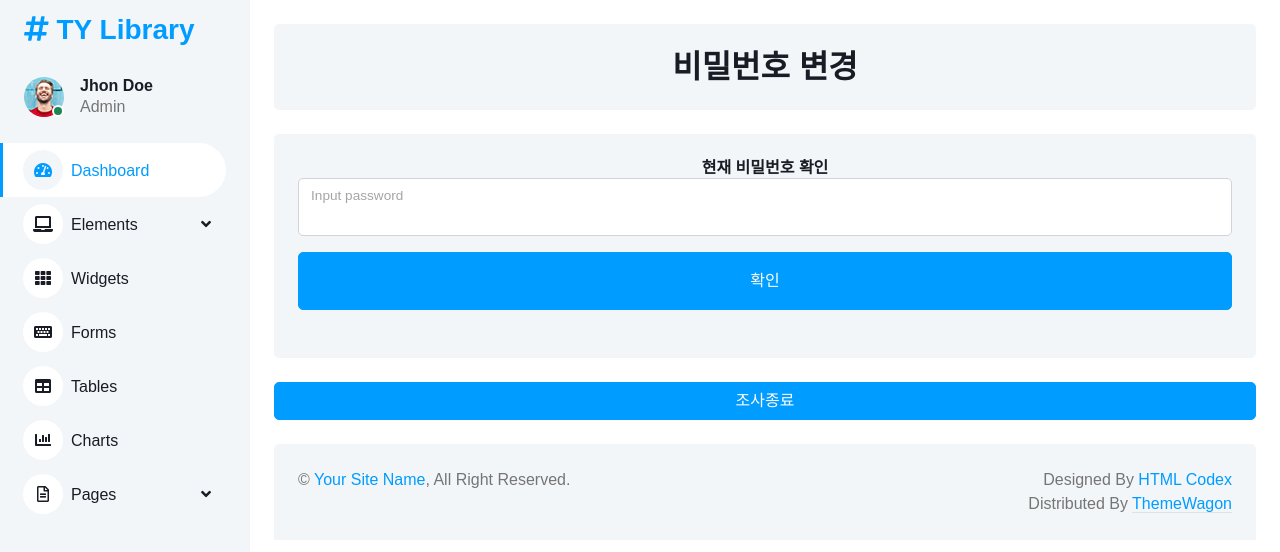
Repository: maryong2/myfirstgitproject
Page: http://localhost/library/WEB-INF/views/admin/user-passreset.jsp
The author's editor kept a copy of each file at every save. The page is drawn from the files as they stood at one save, then again after the next save.
The browser window is 1280 px wide. The pictures show the whole page.
Some web fonts or font styles are not loaded; a fallback is used. Some web libraries are served in a nearby version. The page is served by Tomcat 9. Nobody is signed in. Other server files are loaded and not shown. The template is opened directly, without the code that normally fills it, so the values that code supplies are empty.

Above is the page before, as saved 2023-11-27 05:01:16.
Console error: SyntaxError: Unexpected token '=='

### library/src/main/webapp/WEB-INF/views/admin/user-passreset.jsp
<%@ page language="java" contentType="text/html; charset=UTF-8"
	pageEncoding="UTF-8"%>
<%@ taglib prefix="c" uri="http://java.sun.com/jsp/jstl/core"%>
<!DOCTYPE html>
<html lang="en">

<head>
<meta charset="utf-8">
<title>DASHMIN - Bootstrap Admin Template</title>
<meta content="width=device-width, initial-scale=1.0" name="viewport">
<meta content="" name="keywords">
<meta content="" name="description">

<!-- Favicon -->
<link href="img/favicon.ico" rel="icon">

<!-- Google Web Fonts -->
<link rel="preconnect" href="https://fonts.googleapis.com">
<link rel="preconnect" href="https://fonts.gstatic.com" crossorigin>
<link
	href="https://fonts.googleapis.com/css2?family=Heebo:wght@400;500;600;700&display=swap"
	rel="stylesheet">

<!-- Icon Font Stylesheet -->
<link
	href="https://cdnjs.cloudflare.com/ajax/libs/font-awesome/5.10.0/css/all.min.css"
	rel="stylesheet">
<link
	href="https://cdn.jsdelivr.net/npm/bootstrap-icons@1.4.1/font/bootstrap-icons.css"
	rel="stylesheet">

<!-- Libraries Stylesheet -->
<link href="/lib/owlcarousel/assets/owl.carousel.min.css"
	rel="stylesheet">
<link href="/lib/tempusdominus/css/tempusdominus-bootstrap-4.min.css"
	rel="stylesheet" />

<!-- Customized Bootstrap Stylesheet -->
<link href="/css/bootstrap.min.css" rel="stylesheet">

<!-- Template Stylesheet -->
<link href="/css/style.css" rel="stylesheet">
</head>

<body>
	<div class="container-xxl position-relative bg-white d-flex p-0">
		<!-- Spinner Start -->
		<div id="spinner"
			class="show bg-white position-fixed translate-middle w-100 vh-100 top-50 start-50 d-flex align-items-center justify-content-center">
			<div class="spinner-border text-primary"
				style="width: 3rem; height: 3rem;" role="status">
				<span class="sr-only">Loading...</span>
			</div>
		</div>
		<!-- Spinner End -->


		<!-- Sidebar Start -->
		<div class="sidebar pe-4 pb-3">
			<nav class="navbar bg-light navbar-light">
				<a href="/tylibrary/admin" class="navbar-brand mx-4 mb-3">
					<h3 class="text-primary">
						<i class="fa fa-hashtag me-2"></i>TY Library
					</h3>
				</a>
				<div class="d-flex align-items-center ms-4 mb-4">
					<div class="position-relative">
						<img class="rounded-circle" src="/img/user.jpg" alt=""
							style="width: 40px; height: 40px;">
						<div
							class="bg-success rounded-circle border border-2 border-white position-absolute end-0 bottom-0 p-1"></div>
					</div>
					<div class="ms-3">
						<h6 class="mb-0">Jhon Doe</h6>
						<span>Admin</span>
					</div>
				</div>
				<div class="navbar-nav w-100">
					<a href="/tylibrary/admin" class="nav-item nav-link active"><i
						class="fa fa-tachometer-alt me-2"></i>Dashboard</a>
					<div class="nav-item dropdown">
						<a href="#" class="nav-link dropdown-toggle"
							data-bs-toggle="dropdown"><i class="fa fa-laptop me-2"></i>Elements</a>
						<div class="dropdown-menu bg-transparent border-0">
							<a href="button.html" class="dropdown-item">Buttons</a> <a
								href="typography.html" class="dropdown-item">Typography</a> <a
								href="element.html" class="dropdown-item">Other Elements</a>
						</div>
					</div>
					<a href="widget.html" class="nav-item nav-link"><i
						class="fa fa-th me-2"></i>Widgets</a> <a href="form.html"
						class="nav-item nav-link"><i class="fa fa-keyboard me-2"></i>Forms</a>
					<a href="table.html" class="nav-item nav-link"><i
						class="fa fa-table me-2"></i>Tables</a> <a href="chart.html"
						class="nav-item nav-link"><i class="fa fa-chart-bar me-2"></i>Charts</a>
					<div class="nav-item dropdown">
						<a href="#" class="nav-link dropdown-toggle"
							data-bs-toggle="dropdown"><i class="far fa-file-alt me-2"></i>Pages</a>
						<div class="dropdown-menu bg-transparent border-0">
							<a href="signin.html" class="dropdown-item">Sign In</a> <a
								href="signup.html" class="dropdown-item">Sign Up</a> <a
								href="404.html" class="dropdown-item">404 Error</a> <a
								href="blank.html" class="dropdown-item">Blank Page</a>
						</div>
					</div>
				</div>
			</nav>
		</div>
		<!-- Sidebar End -->


		<!-- Content Start -->
		<div class="content">
			<!-- Navbar Start -->
			<nav
				class="navbar navbar-expand bg-light navbar-light sticky-top px-4 py-0">
				<a href="/tylibrary/admin"
					class="navbar-brand d-flex d-lg-none me-4">
					<h2 class="text-primary mb-0">TY Library</h2>
				</a>
			</nav>
			<!-- Navbar End -->


			<!-- Sale & Revenue Start -->
			<div class="container-fluid pt-4 px-4">
				<div class="row g-4">
					<div class="col-sm-12 col-xl-12">
						<div class="bg-light rounded d-md-flex align-items-center p-4">
							<div style="margin: auto">
								<h2 class="mb-0 text-center"
									style="item-align: center !important;">비밀번호 변경</h2>
							</div>
						</div>
					</div>
				</div>
			</div>
			<!-- Sale & Revenue End -->


			<!-- Sales Chart Start -->
			<div class="container-fluid pt-4 px-4">
				<div class="row g-4">



					<!-- Sales Chart End -->
					<div class="col-12">
						<div class="bg-light text-center rounded p-4">
							<h6 class="mb-0">현재 비밀번호 확인</h6>
							<div class="table-responsive">
								<div class="form-floating mb-3">
									<input type="text" class="form-control" id="e_id" name="e_id">
									<label for="e_id">Input password</label><span
										id="result_checkID" style="font-size: 12px"></span>
								</div>
								<button type="submit" class="btn btn-primary py-3 w-100 mb-4"
									id="login_btn">확인</button>
							</div>
						</div>
					</div>


					<div class="col-sm-12 col-xl-12" id="stock-finish">
						<form action="stock-count" method="post">
							<input type="text" name="stock" value="finish"
								style="display: none" /> <input type="text" name="state"
								value="1" style="display: none" /><input type="submit"
								id="stock-select" class="btn btn-primary m-2 w-100" value="조사종료"
								style="margin: 0 !important;" />
						</form>
					</div>
				</div>
			</div>
			<!-- Footer Start -->

			<div class="container-fluid pt-4 px-4">
				<div class="bg-light rounded-top p-4">
					<div class="row">
						<div class="col-12 col-sm-6 text-center text-sm-start">
							&copy; <a href="#">Your Site Name</a>, All Right Reserved.
						</div>
						<div class="col-12 col-sm-6 text-center text-sm-end">
							<!--/*** This template is free as long as you keep the footer author’s credit link/attribution link/backlink. If you'd like to use the template without the footer author’s credit link/attribution link/backlink, you can purchase the Credit Removal License from "https://htmlcodex.com/credit-removal". Thank you for your support. ***/-->
							Designed By <a href="https://htmlcodex.com">HTML Codex</a> </br>
							Distributed By <a class="border-bottom"
								href="https://themewagon.com" target="_blank">ThemeWagon</a>
						</div>
					</div>
				</div>
			</div>
			<!-- Footer End -->
		</div>
		<!-- Content End -->


		<!-- Back to Top -->
	</div>
	<script type="text/javascript">
	let stockScan = document.getElementById("stock-select");
	let stockFinish = document.getElementById("stock-finish");
	let state = ${state} == null ? null : ${state};
	if(!state){
		alert("잘못된 접근 입니다.");
		console.log(state);
		window.history.back();
	}

	function determine(){
		$.ajax({
            url: "/tylibrary/check-state",
            type: "POST",
            success: function (data) {
           	 if (data<=2){
           		let result = confirm("정말로 조사를 시작하시겠습니까?");
           	    if (result) {
           	      stockScan.form.submit();
           	    } else{
           	      alert("취소되었습니다.");
           	    }
           	 }else if(data==3) {
           		 stockScan.form.submit();
             }
           	},
            error: function () {
           	 alert("오류@@발생")
            }
        });
	}

	if(state <= 2){
		stockScan.value = "조사시작";
			stockFinish.style.display="none";

	}else if(state == 3){
		stockScan.value = "스캔하기"
			stockFinish.style.display="block";
	}
	</script>

	<!-- JavaScript Libraries -->
	<script src="https://code.jquery.com/jquery-3.4.1.min.js"></script>
	<script
		src="https://cdn.jsdelivr.net/npm/bootstrap@5.0.0/dist/js/bootstrap.bundle.min.js"></script>
	<script src="/lib/chart/chart.min.js"></script>
	<script src="/lib/easing/easing.min.js"></script>
	<script src="/lib/waypoints/waypoints.min.js"></script>
	<script src="/lib/owlcarousel/owl.carousel.min.js"></script>
	<script src="/lib/tempusdominus/js/moment.min.js"></script>
	<script src="/lib/tempusdominus/js/moment-timezone.min.js"></script>
	<script src="/lib/tempusdominus/js/tempusdominus-bootstrap-4.min.js"></script>

	<!-- Template Javascript -->
	<script src="/js/main.js"></script>
</body>

</html>

### library/src/main/resources/static/css/style.css
/********** Template CSS **********/
:root {
    --primary: #009CFF;
    --light: #F3F6F9;
    --dark: #191C24;
}

.back-to-top {
    position: fixed;
    display: none;
    right: 45px;
    bottom: 45px;
    z-index: 99;
}


/*** Spinner ***/
#spinner {
    opacity: 0;
    visibility: hidden;
    transition: opacity .5s ease-out, visibility 0s linear .5s;
    z-index: 99999;
}

#spinner.show {
    transition: opacity .5s ease-out, visibility 0s linear 0s;
    visibility: visible;
    opacity: 1;
}


/*** Button ***/
.btn {
    transition: .5s;
}

.btn.btn-primary {
    color: #FFFFFF;
}

.btn-square {
    width: 38px;
    height: 38px;
}

.btn-sm-square {
    width: 32px;
    height: 32px;
}

.btn-lg-square {
    width: 48px;
    height: 48px;
}

.btn-square,
.btn-sm-square,
.btn-lg-square {
    padding: 0;
    display: inline-flex;
    align-items: center;
    justify-content: center;
    font-weight: normal;
    border-radius: 50px;
}


/*** Layout ***/
.sidebar {
    position: fixed;
    top: 0;
    left: 0;
    bottom: 0;
    width: 250px;
    height: 100vh;
    overflow-y: auto;
    background: var(--light);
    transition: 0.5s;
    z-index: 999;
}

.content {
    margin-left: 250px;
    min-height: 100vh;
    background: #FFFFFF;
    transition: 0.5s;
}

@media (min-width: 992px) {
    .sidebar {
        margin-left: 0;
    }

    .sidebar.open {
        margin-left: -250px;
    }

    .content {
        width: calc(100% - 250px);
    }

    .content.open {
        width: 100%;
        margin-left: 0;
    }
}

@media (max-width: 991.98px) {
    .sidebar {
        margin-left: -250px;
    }

    .sidebar.open {
        margin-left: 0;
    }

    .content {
        width: 100%;
        margin-left: 0;
    }
}


/*** Navbar ***/
.sidebar .navbar .navbar-nav .nav-link {
    padding: 7px 20px;
    color: var(--dark);
    font-weight: 500;
    border-left: 3px solid var(--light);
    border-radius: 0 30px 30px 0;
    outline: none;
}

.sidebar .navbar .navbar-nav .nav-link:hover,
.sidebar .navbar .navbar-nav .nav-link.active {
    color: var(--primary);
    background: #FFFFFF;
    border-color: var(--primary);
}

.sidebar .navbar .navbar-nav .nav-link i {
    width: 40px;
    height: 40px;
    display: inline-flex;
    align-items: center;
    justify-content: center;
    background: #FFFFFF;
    border-radius: 40px;
}

.sidebar .navbar .navbar-nav .nav-link:hover i,
.sidebar .navbar .navbar-nav .nav-link.active i {
    background: var(--light);
}

.sidebar .navbar .dropdown-toggle::after {
    position: absolute;
    top: 15px;
    right: 15px;
    border: none;
    content: "\f107";
    font-family: "Font Awesome 5 Free";
    font-weight: 900;
    transition: .5s;
}

.sidebar .navbar .dropdown-toggle[aria-expanded=true]::after {
    transform: rotate(-180deg);
}

.sidebar .navbar .dropdown-item {
    padding-left: 25px;
    border-radius: 0 30px 30px 0;
}

.content .navbar .navbar-nav .nav-link {
    margin-left: 25px;
    padding: 12px 0;
    color: var(--dark);
    outline: none;
}

.content .navbar .navbar-nav .nav-link:hover,
.content .navbar .navbar-nav .nav-link.active {
    color: var(--primary);
}

.content .navbar .sidebar-toggler,
.content .navbar .navbar-nav .nav-link i {
    width: 40px;
    height: 40px;
    display: inline-flex;
    align-items: center;
    justify-content: center;
    background: #FFFFFF;
    border-radius: 40px;
}

.content .navbar .dropdown-toggle::after {
    margin-left: 6px;
    vertical-align: middle;
    border: none;
    content: "\f107";
    font-family: "Font Awesome 5 Free";
    font-weight: 900;
    transition: .5s;
}

.content .navbar .dropdown-toggle[aria-expanded=true]::after {
    transform: rotate(-180deg);
}

@media (max-width: 575.98px) {
    .content .navbar .navbar-nav .nav-link {
        margin-left: 15px;
    }
}


/*** Date Picker ***/
.bootstrap-datetimepicker-widget.bottom {
    top: auto !important;
}

.bootstrap-datetimepicker-widget .table * {
    border-bottom-width: 0px;
}

.bootstrap-datetimepicker-widget .table th {
    font-weight: 500;
}

.bootstrap-datetimepicker-widget.dropdown-menu {
    padding: 10px;
    border-radius: 2px;
}

.bootstrap-datetimepicker-widget table td.active,
.bootstrap-datetimepicker-widget table td.active:hover {
    background: var(--primary);
}

.bootstrap-datetimepicker-widget table td.today::before {
    border-bottom-color: var(--primary);
}


/*** Testimonial ***/
.progress .progress-bar {
    width: 0px;
    transition: 2s;
}


/*** Testimonial ***/
.testimonial-carousel .owl-dots {
    margin-top: 24px;
    display: flex;
    align-items: flex-end;
    justify-content: center;
}

.testimonial-carousel .owl-dot {
    position: relative;
    display: inline-block;
    margin: 0 5px;
    width: 15px;
    height: 15px;
    border: 5px solid var(--primary);
    border-radius: 15px;
    transition: .5s;
}

.testimonial-carousel .owl-dot.active {
    background: var(--dark);
    border-color: var(--primary);
}

### library/src/main/resources/static/js/main.js
(function ($) {
    "use strict";

    // Spinner
    var spinner = function () {
        setTimeout(function () {
            if ($('#spinner').length > 0) {
                $('#spinner').removeClass('show');
            }
        }, 1);
    };
    spinner();


    // Back to top button
    $(window).scroll(function () {
        if ($(this).scrollTop() > 300) {
            $('.back-to-top').fadeIn('slow');
        } else {
            $('.back-to-top').fadeOut('slow');
        }
    });
    $('.back-to-top').click(function () {
        $('html, body').animate({scrollTop: 0}, 1500, 'easeInOutExpo');
        return false;
    });


    // Sidebar Toggler
    $('.sidebar-toggler').click(function () {
        $('.sidebar, .content').toggleClass("open");
        return false;
    });


    // Progress Bar
    $('.pg-bar').waypoint(function () {
        $('.progress .progress-bar').each(function () {
            $(this).css("width", $(this).attr("aria-valuenow") + '%');
        });
    }, {offset: '80%'});


	function getWeekendDates(startDate, endDate) {
		var weekendDates = [];

		while (startDate <= endDate) {
			if (startDate.getDay() === 0 || startDate.getDay() === 6) {
				// 주말인 경우 날짜를 원하는 형식(예: 'YYYY/MM/DD')으로 포맷팅
				var formattedDate = startDate.getFullYear() + '/' + (startDate.getMonth() + 1) + '/' + startDate.getDate();
				weekendDates.push(formattedDate);
			}
			startDate.setDate(startDate.getDate() + 1);
		}

		return weekendDates;
	}

	function convertDay(toDay, weeks) {
		let after = new Date(toDay.getTime() + 7 * weeks * 24 * 60 * 60 * 1000);
		let year = after.getFullYear();
		let month = after.getMonth() + 1;
		let day = after.getDate();
		let ret = year + "/" + (month < 10 ? "0" : "") + month + "/" + day;
		return ret;
	}





	let toDay = new Date();
	let minday = convertDay(toDay, 2)
	var maxday = convertDay(toDay, 4);
	var weekendDatesArray = getWeekendDates(toDay, new Date(toDay.getTime() + 7 * 4 * 24 * 60 * 60 * 1000));
    // Calender
    $('#calender').datetimepicker({
        inline: true,
		format: 'Y-m-d',
		minDate: minday,
		defaultDate: minday,
		maxDate: maxday,
		locale: moment.locale("ko"),
		disabledDates: weekendDatesArray,
    });


    // Testimonials carousel
    $(".testimonial-carousel").owlCarousel({
        autoplay: true,
        smartSpeed: 1000,
        items: 1,
        dots: true,
        loop: true,
        nav : false
    });


    // Worldwide Sales Chart
    var ctx1 = $("#worldwide-sales").get(0).getContext("2d");
    var myChart1 = new Chart(ctx1, {
        type: "bar",
        data: {
            labels: ["2016", "2017", "2018", "2019", "2020", "2021", "2022"],
            datasets: [{
                    label: "USA",
                    data: [15, 30, 55, 65, 60, 80, 95],
                    backgroundColor: "rgba(0, 156, 255, .7)"
                },
                {
                    label: "UK",
                    data: [8, 35, 40, 60, 70, 55, 75],
                    backgroundColor: "rgba(0, 156, 255, .5)"
                },
                {
                    label: "AU",
                    data: [12, 25, 45, 55, 65, 70, 60],
                    backgroundColor: "rgba(0, 156, 255, .3)"
                }
            ]
            },
        options: {
            responsive: true
        }
    });


    // Salse & Revenue Chart
    var ctx2 = $("#salse-revenue").get(0).getContext("2d");
    var myChart2 = new Chart(ctx2, {
        type: "line",
        data: {
            labels: ["2016", "2017", "2018", "2019", "2020", "2021", "2022"],
            datasets: [{
                    label: "Salse",
                    data: [15, 30, 55, 45, 70, 65, 85],
                    backgroundColor: "rgba(0, 156, 255, .5)",
                    fill: true
                },
                {
                    label: "Revenue",
                    data: [99, 135, 170, 130, 190, 180, 270],
                    backgroundColor: "rgba(0, 156, 255, .3)",
                    fill: true
                }
            ]
            },
        options: {
            responsive: true
        }
    });



    // Single Line Chart
    var ctx3 = $("#line-chart").get(0).getContext("2d");
    var myChart3 = new Chart(ctx3, {
        type: "line",
        data: {
            labels: [50, 60, 70, 80, 90, 100, 110, 120, 130, 140, 150],
            datasets: [{
                label: "Salse",
                fill: false,
                backgroundColor: "rgba(0, 156, 255, .3)",
                data: [7, 8, 8, 9, 9, 9, 10, 11, 14, 14, 15]
            }]
        },
        options: {
            responsive: true
        }
    });


    // Single Bar Chart
    var ctx4 = $("#bar-chart").get(0).getContext("2d");
    var myChart4 = new Chart(ctx4, {
        type: "bar",
        data: {
            labels: ["Italy", "France", "Spain", "USA", "Argentina"],
            datasets: [{
                backgroundColor: [
                    "rgba(0, 156, 255, .7)",
                    "rgba(0, 156, 255, .6)",
                    "rgba(0, 156, 255, .5)",
                    "rgba(0, 156, 255, .4)",
                    "rgba(0, 156, 255, .3)"
                ],
                data: [55, 49, 44, 24, 15]
            }]
        },
        options: {
            responsive: true
        }
    });


    // Pie Chart
    var ctx5 = $("#pie-chart").get(0).getContext("2d");
    var myChart5 = new Chart(ctx5, {
        type: "pie",
        data: {
            labels: ["Italy", "France", "Spain", "USA", "Argentina"],
            datasets: [{
                backgroundColor: [
                    "rgba(0, 156, 255, .7)",
                    "rgba(0, 156, 255, .6)",
                    "rgba(0, 156, 255, .5)",
                    "rgba(0, 156, 255, .4)",
                    "rgba(0, 156, 255, .3)"
                ],
                data: [55, 49, 44, 24, 15]
            }]
        },
        options: {
            responsive: true
        }
    });


    // Doughnut Chart
    var ctx6 = $("#doughnut-chart").get(0).getContext("2d");
    var myChart6 = new Chart(ctx6, {
        type: "doughnut",
        data: {
            labels: ["Italy", "France", "Spain", "USA", "Argentina"],
            datasets: [{
                backgroundColor: [
                    "rgba(0, 156, 255, .7)",
                    "rgba(0, 156, 255, .6)",
                    "rgba(0, 156, 255, .5)",
                    "rgba(0, 156, 255, .4)",
                    "rgba(0, 156, 255, .3)"
                ],
                data: [55, 49, 44, 24, 15]
            }]
        },
        options: {
            responsive: true
        }
    });


})(jQuery);

Loaded but not shown: library/src/main/resources/static/lib/owlcarousel/assets/owl.carousel.min.css (common file); library/src/main/resources/static/lib/tempusdominus/css/tempusdominus-bootstrap-4.min.css (library); library/src/main/resources/static/css/bootstrap.min.css (library); library/src/main/resources/static/lib/chart/chart.min.js (library); library/src/main/resources/static/lib/easing/easing.min.js (common file); library/src/main/resources/static/lib/waypoints/waypoints.min.js (library); library/src/main/resources/static/lib/owlcarousel/owl.carousel.min.js (library); library/src/main/resources/static/lib/tempusdominus/js/moment.min.js (library); library/src/main/resources/static/lib/tempusdominus/js/moment-timezone.min.js (library); library/src/main/resources/static/lib/tempusdominus/js/tempusdominus-bootstrap-4.min.js (library)

After the next save:
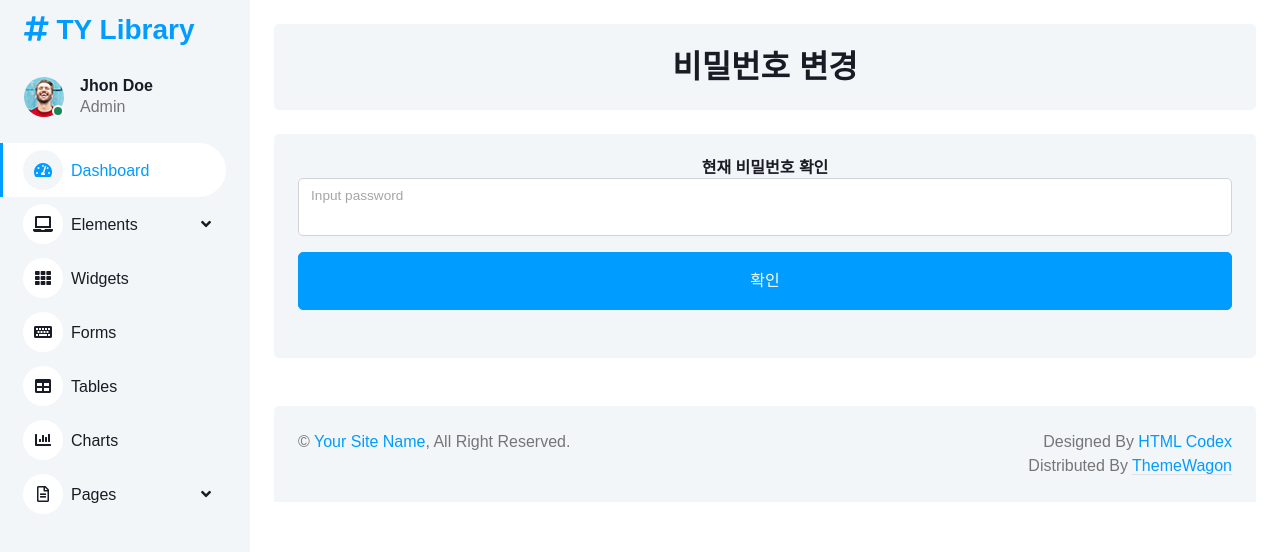
Saved 12 s later.
--- a/library/src/main/webapp/WEB-INF/views/admin/user-passreset.jsp
+++ b/library/src/main/webapp/WEB-INF/views/admin/user-passreset.jsp
@@ -162,13 +162,7 @@
 
 
 					<div class="col-sm-12 col-xl-12" id="stock-finish">
-						<form action="stock-count" method="post">
-							<input type="text" name="stock" value="finish"
-								style="display: none" /> <input type="text" name="state"
-								value="1" style="display: none" /><input type="submit"
-								id="stock-select" class="btn btn-primary m-2 w-100" value="조사종료"
-								style="margin: 0 !important;" />
-						</form>
+
 					</div>
 				</div>
 			</div>
